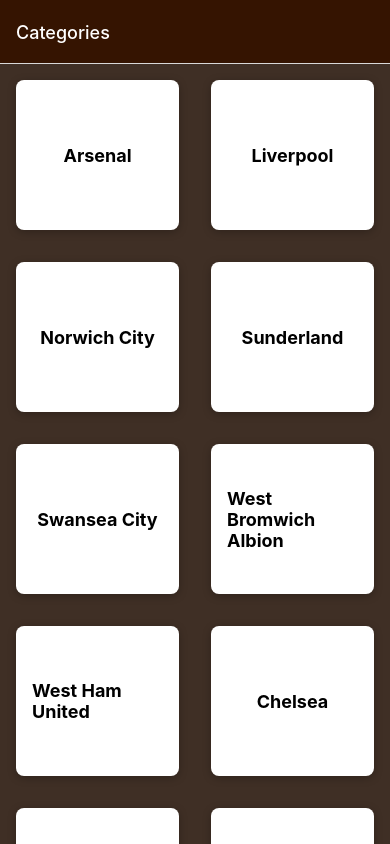
Repository: localanas/magasin_foot
Screen: /
An editor plug-in stored every save of this project. The screen is shown before and after the next save, followed by the edit.
An inner scrolling area shows only its first screen. The app was drawn by React Native's web renderer in a window 390 px wide. The project was rebuilt for these pictures with package versions that can differ from the ones it lists, and the page was loaded fresh each time. Also part of the build but not shown: components/MealItem.js, screens/MealsOverviewScreen.js.

Above is the screen before, as saved 2022-08-01 00:14:36.

### App.js
/** @format */

import { StatusBar } from "expo-status-bar";
import { StyleSheet } from "react-native";
import { NavigationContainer } from "@react-navigation/native";
import { createNativeStackNavigator } from "@react-navigation/native-stack";

import CategoriesScreen from "./screens/CategoriesScreen";
import MealsOverviewScreen from "./screens/MealsOverviewScreen";

const Stack = createNativeStackNavigator();

export default function App() {
  return (
    <>
      <StatusBar style="light" />
      <NavigationContainer>
        <Stack.Navigator
          screenOptions={{
            headerStyle: { backgroundColor: "#351401" },
            headerTintColor: "white",
            contentStyle: { backgroundColor: "#3f2f25" },
          }}
        >
          <Stack.Screen name="Categories" component={CategoriesScreen} />
          <Stack.Screen name="MealsOverview" component={MealsOverviewScreen} />
        </Stack.Navigator>
      </NavigationContainer>
    </>
  );
}

const styles = StyleSheet.create({
  container: {},
});

### screens/CategoriesScreen.js
import { FlatList } from 'react-native';
import CategoryGridTile from '../components/CategoryGridTile';

import { PRODUCTS } from "../data/dummy-data";

function CategoriesScreen({ navigation }) {
  function renderCategoryItem(itemData) {
    function pressHandler() {
      navigation.navigate("MealsOverview", {
        categoryId: itemData.item.id,
      });
    }
    console.log(itemData);

    return (
      <CategoryGridTile
        title={itemData.item.description}
        color={itemData.item.prix}
        onPress={pressHandler}
      />
    );
  }

  return (
    <FlatList
      data={PRODUCTS}
      keyExtractor={(item) => item.ref}
      renderItem={renderCategoryItem}
      numColumns={2}
    />
  );
}

export default CategoriesScreen;

### components/CategoryGridTile.js
import { Pressable, View, Text, StyleSheet, Platform } from 'react-native';

function CategoryGridTile({ title, color, onPress }) {
  return (
    <View style={styles.gridItem}>
      <Pressable
        android_ripple={{ color: '#ccc' }}
        style={({ pressed }) => [
          styles.button,
          pressed ? styles.buttonPressed : null,
        ]}
        onPress={onPress}
      >
        <View style={[styles.innerContainer, { backgroundColor: color }]}>
          <Text style={styles.title}>{title}</Text>
        </View>
      </Pressable>
    </View>
  );
}

export default CategoryGridTile;

const styles = StyleSheet.create({
  gridItem: {
    flex: 1,
    margin: 16,
    height: 150,
    borderRadius: 8,
    elevation: 4,
    backgroundColor: 'white',
    shadowColor: 'black',
    shadowOpacity: 0.25,
    shadowOffset: { width: 0, height: 2 },
    shadowRadius: 8,
    overflow: Platform.OS === 'android' ? 'hidden' : 'visible',
  },
  button: {
    flex: 1,
  },
  buttonPressed: {
    opacity: 0.5,
  },
  innerContainer: {
    flex: 1,
    padding: 16,
    borderRadius: 8,
    justifyContent: 'center',
    alignItems: 'center',
  },
  title: {
    fontWeight: 'bold',
    fontSize: 18,
  },
});

### data/dummy-data.js
import Product from "../models/product";

export const PRODUCTS = [
  new Product("c1", "Arsenal", "addidas", 1000),
  new Product("c2", "Liverpool", "nike", 120),
  new Product("c3", "Norwich City", "puma", 123),
  new Product("c4", "Sunderland", "kappa", 1290),
  new Product("c5", "Swansea City", "diadora", 123),
  new Product("c6", "West Bromwich Albion", "air max", 123),
  new Product("c7", "West Ham United", "nike 90", 1231),
  new Product("c8", "Chelsea", "addidas"),
  new Product("c9", "Crystal Palace", "puma", 123),
  new Product("c10", "Manchester City", "nike", 1289),
];

### models/product.js
class Product {
  constructor(ref, description, marque, prix) {
    this.ref = ref;
    this.description = description;
    this.marque = marque;
    this.prix = prix;
  }
}

export default Product;

After the next save:
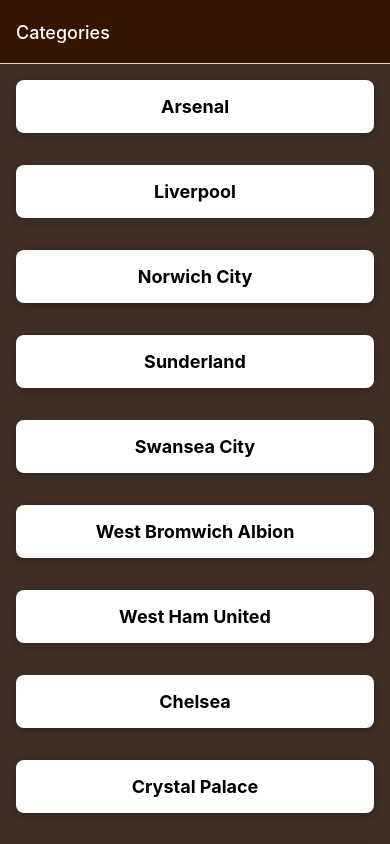
Saved 78 s later.
--- a/screens/CategoriesScreen.js
+++ b/screens/CategoriesScreen.js
@@ -26,7 +26,7 @@
       data={PRODUCTS}
       keyExtractor={(item) => item.ref}
       renderItem={renderCategoryItem}
-      numColumns={2}
+      numColumns={1}
     />
   );
 }
